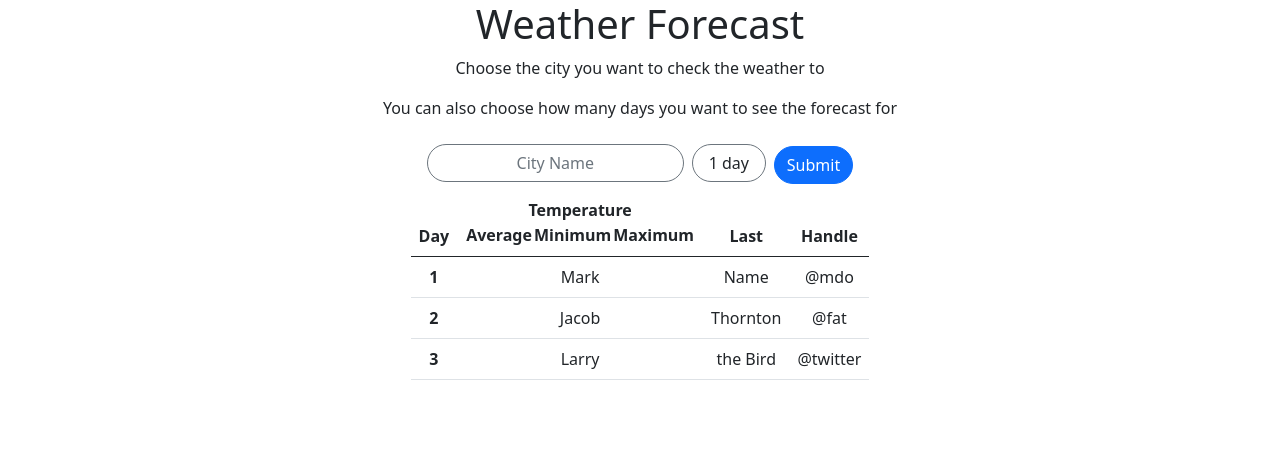
Repository: DimitrisDoxopoulos/my-own-weather-app
Page: /
These files come from the project's save history. The page is drawn as it stood at one moment and after the next save; the edit follows.
The browser window is 1280 px wide. The pictures show the whole page.
The project was rebuilt for these pictures with package versions that can differ from the ones it lists, and the page was loaded fresh each time.

Above is the page before, as saved 2021-06-03 20:00:16.

After the next save:
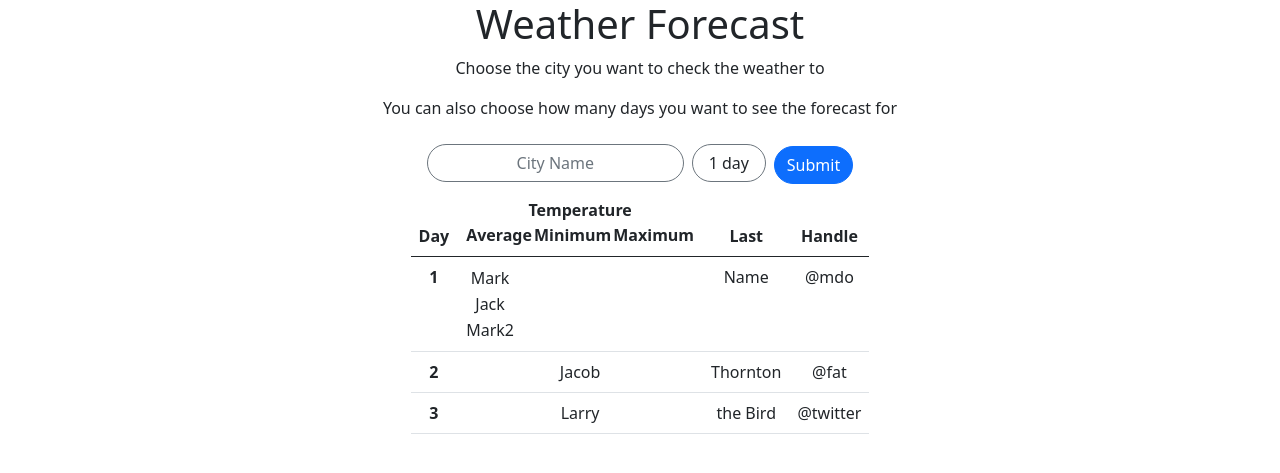
Saved 53 s later.
--- a/src/components/WeatherForecast.js
+++ b/src/components/WeatherForecast.js
@@ -20,7 +20,17 @@
                 <tbody>
                     <tr>
                     <th scope="row">1</th>
-                    <td>Mark</td>
+                    <td>
+                        <tr>
+                            <td>Mark</td>
+                        </tr>
+                        <tr>
+                            <td>Jack</td>
+                        </tr>
+                        <tr>
+                            <td>Mark2</td>
+                        </tr>
+                    </td>
                     <td>Name</td>
                     <td>@mdo</td>
                     </tr>

After the save that followed:
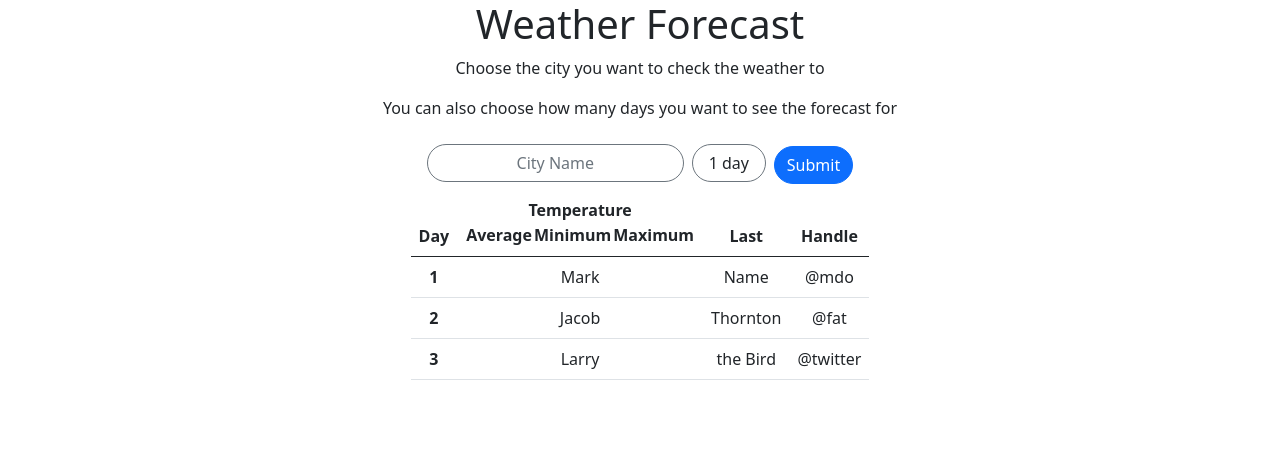
Saved 37 s later.
--- a/src/components/WeatherForecast.js
+++ b/src/components/WeatherForecast.js
@@ -20,17 +20,7 @@
                 <tbody>
                     <tr>
                     <th scope="row">1</th>
-                    <td>
-                        <tr>
-                            <td>Mark</td>
-                        </tr>
-                        <tr>
-                            <td>Jack</td>
-                        </tr>
-                        <tr>
-                            <td>Mark2</td>
-                        </tr>
-                    </td>
+                    <td>Mark</td>
                     <td>Name</td>
                     <td>@mdo</td>
                     </tr>
